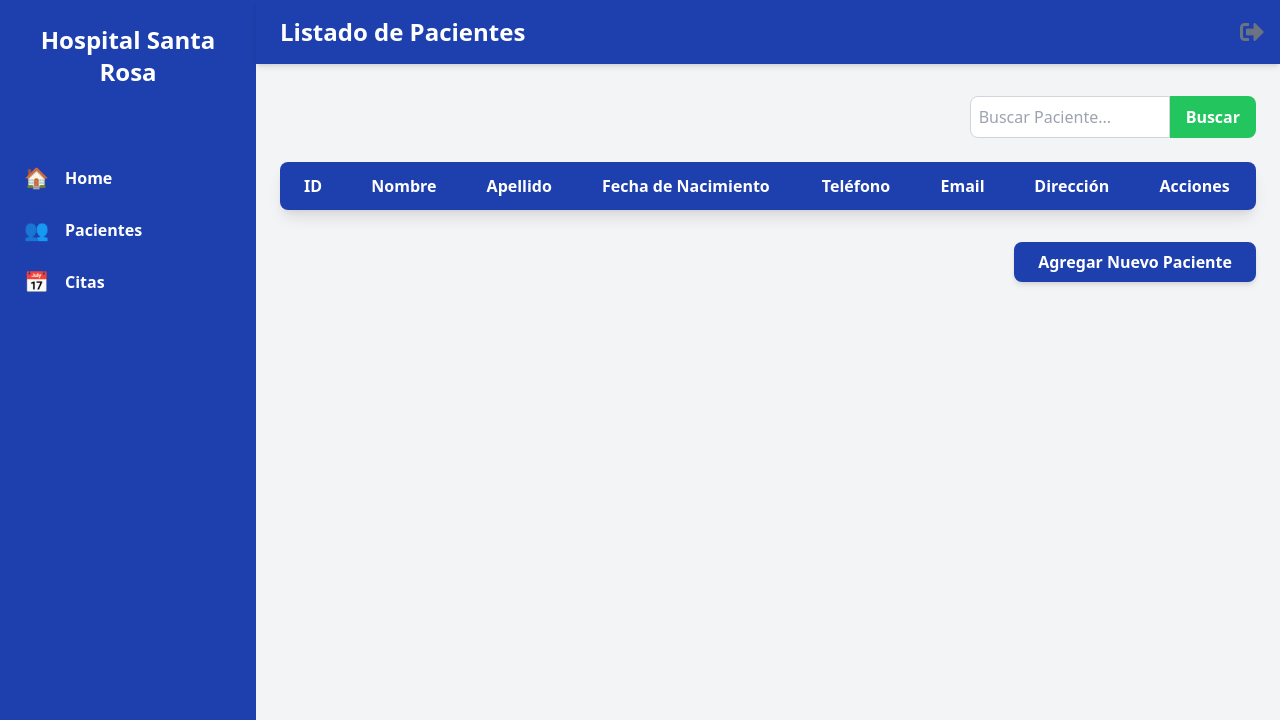
Repository: Valentino-Rospigliosi/ww
Page: http://localhost/listaPaciente
An editor plug-in stored every save of this project. The page is shown before and after the next save, followed by the edit.
The browser window is 1280 px wide. The pictures show the whole page.
Some web libraries are served in a nearby version. The page is this project's Thymeleaf template; nobody is signed in. The template is opened directly, without the code that normally fills it, so the values that code supplies are empty.

Above is the page before, as saved 2025-07-02 00:07:57.

After the next save:
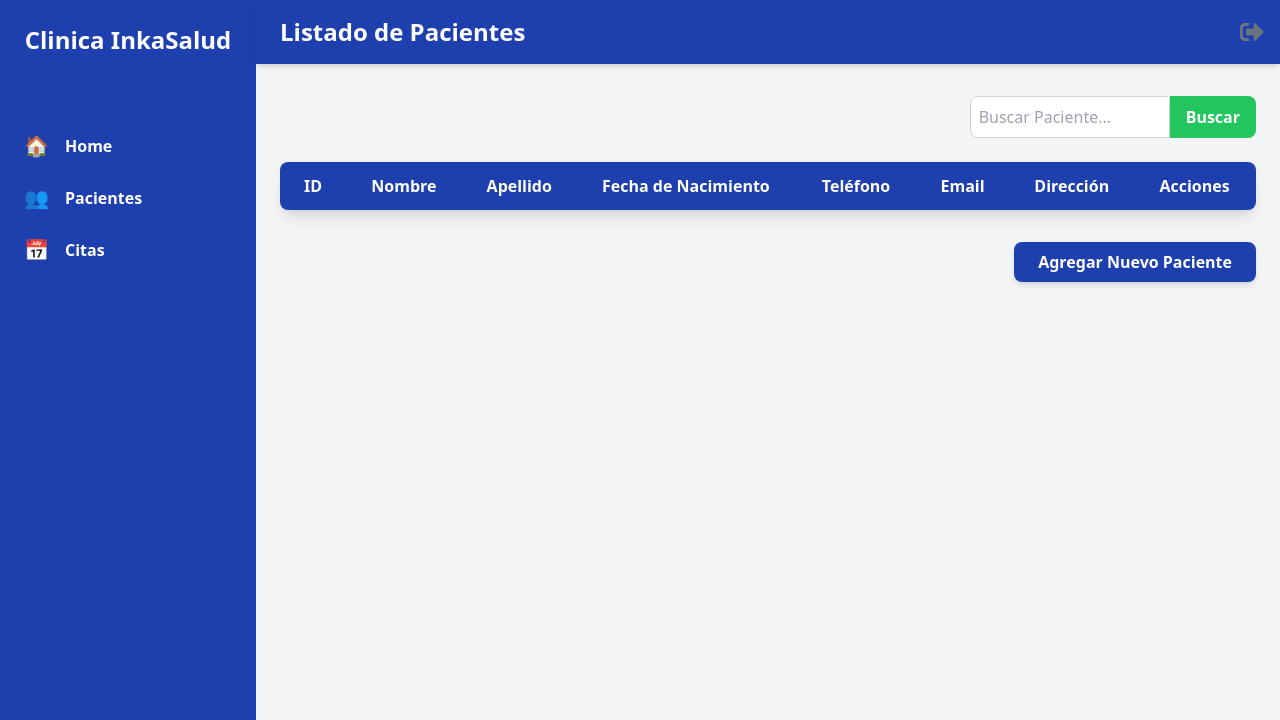
Saved 63 s later.
--- a/proy-citas-inkasalud/src/main/resources/templates/listaPaciente.html
+++ b/proy-citas-inkasalud/src/main/resources/templates/listaPaciente.html
@@ -14,7 +14,7 @@
 <!-- Barra lateral -->
 <aside class="w-64 bg-blue-800 text-white min-h-screen">
     <div class="p-6 text-center">
-        <h2 class="text-2xl font-bold">Hospital Santa Rosa</h2>
+        <h2 class="text-2xl font-bold">Clinica InkaSalud</h2>
     </div>
     <nav class="mt-10">
         <ul>
